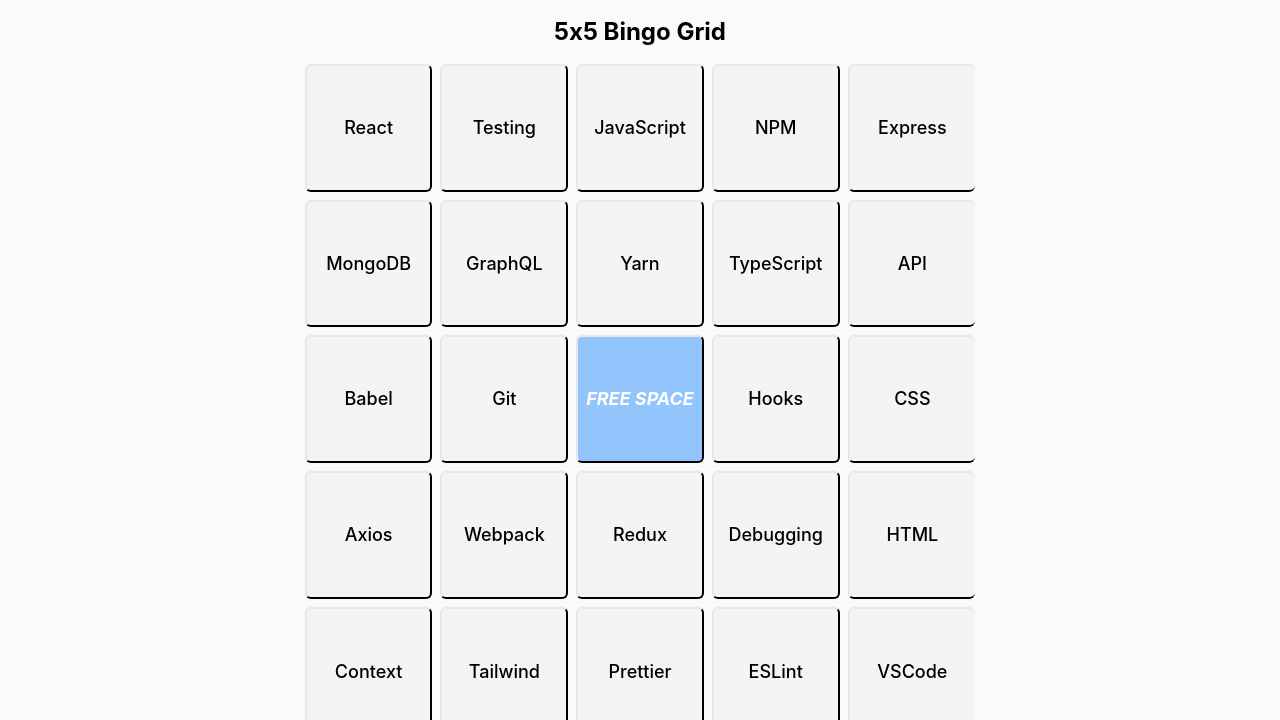
Repository: yassirbn/football-bingo
Page: /
These files come from the project's save history. The page is drawn as it stood at one moment and after the next save; the edit follows.
The browser window is 1280 px wide. The pictures show the whole page.
The project was rebuilt for these pictures with package versions that can differ from the ones it lists, and the page was loaded fresh each time.

Above is the page before, as saved 2024-11-26 17:58:31.

### src/index.css

@import url('https://fonts.googleapis.com/css2?family=Caveat:wght@400;700&display=swap');

@tailwind base;
@tailwind components;
@tailwind utilities;


body {
  margin: 0;
  font-family: -apple-system, BlinkMacSystemFont, 'Segoe UI', 'Roboto', 'Oxygen',
    'Ubuntu', 'Cantarell', 'Fira Sans', 'Droid Sans', 'Helvetica Neue',
    sans-serif;
  -webkit-font-smoothing: antialiased;
  -moz-osx-font-smoothing: grayscale;
}

code {
  font-family: source-code-pro, Menlo, Monaco, Consolas, 'Courier New',
    monospace;
}

### src/App.js
import React from "react";
import BingoGrid from "./component/BingoGrid/BingoGrid";


const App = () => {
  const words = [
    "React", "JavaScript", "CSS", "HTML", "Tailwind",
    "Redux", "API", "NodeJS", "Express", "MongoDB",
    "GraphQL", "TypeScript", "Hooks", "Context", "Webpack",
    "Babel", "Git", "NPM", "Yarn", "ESLint",
    "Prettier", "Testing", "Axios", "VSCode", "Debugging"
  ];

  return (
    <div className="min-h-screen bg-gray-50 flex items-center justify-center">
      <BingoGrid words={words} />
    </div>
  );
};

export default App;

### src/component/BingoGrid/BingoGrid.js
import React, { useState } from "react";

const BingoGrid = ({ words }) => {
  const gridSize = 5; // 5x5 grid
  const totalCells = gridSize * gridSize;

  // Shuffle words only once and store in state
  const initializeGrid = () => {
    const shuffledWords = [...words].sort(() => 0.5 - Math.random()).slice(0, totalCells);

    // Fill with placeholders if not enough words
    while (shuffledWords.length < totalCells) {
      shuffledWords.push("PLACEHOLDER");
    }

    // Replace the center cell with "FREE SPACE"
    const centerIndex = Math.floor(totalCells / 2);
    shuffledWords[centerIndex] = "FREE SPACE";

    return shuffledWords;
  };

  const [gridWords] = useState(initializeGrid);
  const [selectedCells, setSelectedCells] = useState(
    Array(totalCells).fill(false).map((_, i) => i === Math.floor(totalCells / 2)) // Center (FREE SPACE) is pre-selected
  );
  const [bingo, setBingo] = useState(false);

  // Handle cell click
  const handleCellClick = (index) => {
    if (gridWords[index] === "FREE SPACE" || selectedCells[index]) return; // Ignore clicks on FREE SPACE or already selected cells

    const updatedSelection = [...selectedCells];
    updatedSelection[index] = true;
    setSelectedCells(updatedSelection);

    // Check for Bingo
    checkForBingo(updatedSelection);
  };

  // Check for Bingo
  const checkForBingo = (selected) => {
    const checkLine = (line) => line.every((index) => selected[index]);

    // Generate all rows, columns, and diagonals
    const rows = Array.from({ length: gridSize }, (_, i) =>
      Array.from({ length: gridSize }, (_, j) => i * gridSize + j)
    );
    const cols = Array.from({ length: gridSize }, (_, i) =>
      Array.from({ length: gridSize }, (_, j) => j * gridSize + i)
    );
    const diagonal1 = Array.from({ length: gridSize }, (_, i) => i * gridSize + i);
    const diagonal2 = Array.from({ length: gridSize }, (_, i) => (i + 1) * gridSize - (i + 1));

    const lines = [...rows, ...cols, diagonal1, diagonal2];

    if (lines.some(checkLine)) {
      setBingo(true); // Set Bingo to true to trigger animations
    }
  };

  return (
    <div className="p-4 relative h-screen overflow-hidden">
      {/* Fireworks Animation */}
      {bingo && (
        <div className="absolute inset-0 z-20 flex justify-center items-center pointer-events-none">
          {/* Firework Particles */}
          {Array.from({ length: 300 }).map((_, idx) => (
            <div
              key={idx}
              className="fireworks-particle w-4 h-4 rounded-full absolute animate-fireworks"
              style={{
                "--x": `${Math.random() * 120 - 60}vw`, // Expanded X direction
                "--y": `${Math.random() * 120 - 60}vh`, // Expanded Y direction
                "--size": `${Math.random() * 10 + 5}px`, // Random size (larger particles)
                "--duration": `${Math.random() * 2 + 1.5}s`, // Increased duration for longer explosion
                "--delay": `${Math.random() * 0.5}s`, // Random delay
                backgroundColor: `hsl(${Math.random() * 360}, 100%, 50%)`, // Random color (HSL)
                transform: `rotate(${Math.random() * 360}deg)` // Random rotation for more chaos
              }}
            ></div>
          ))}
        </div>
      )}

      {/* Bingo Text Animation */}
      {bingo && (
        <div className="absolute inset-0 flex items-center justify-center z-10 animate-bingo-fade">
          <h2 className="text-7xl sm:text-8xl md:text-9xl lg:text-10xl font-extrabold text-red-600 animate-bingo-shake">
            BINGO!
          </h2>
        </div>
      )}

      {/* Bingo Grid */}
      <h1 className="text-center text-2xl font-bold mb-4">5x5 Bingo Grid</h1>
      <div
        className="grid gap-2"
        style={{
          gridTemplateColumns: `repeat(${gridSize}, minmax(50px, 1fr))`,
        }}
      >
        {gridWords.map((word, index) => (
          <div
            key={index}
            className={`flex items-center justify-center border-2 rounded-md text-center font-medium aspect-square p-2
              ${
                selectedCells[index]
                  ? "bg-blue-300 text-white"
                  : "bg-gray-100 hover:bg-blue-200 cursor-pointer"
              } ${word === "FREE SPACE" ? "cursor-default" : ""}`}
            onClick={() => handleCellClick(index)}
            style={{
              borderRight:
                index % gridSize === gridSize - 1 ? "none" : "2px solid black",
              borderBottom:
                Math.floor(index / gridSize) === gridSize - 1
                  ? "none"
                  : "2px solid black",
            }}
          >
            <span
              className={`break-words text-xs sm:text-sm md:text-base lg:text-lg ${
                word === "FREE SPACE" ? "font-bold italic" : ""
              }`}
            >
              {word}
            </span>
          </div>
        ))}
      </div>
    </div>
  );
};

export default BingoGrid;

### tailwind.config.js
/** @type {import('tailwindcss').Config} */
module.exports = {
  content: ['./src/**/*.{js,jsx,ts,tsx}'],
  theme: {
    extend: {
      fontFamily: {
        hand: ["'Caveat'", "cursive"],
      },
      animation: {
        fireworks: "fireworks 1.5s ease-out forwards",
        "bingo-fade": "bingo-fade 2s ease-out forwards",
        "bingo-shake": "bingo-shake 0.5s ease-in-out infinite",
      },
      keyframes: {
        fireworks: {
          "0%": {
            transform: "scale(0) translate(0, 0)",
            opacity: 1,
          },
          "50%": {
            transform: "scale(1) translate(var(--x), var(--y))",
            opacity: 1,
          },
          "100%": {
            transform: "scale(2) translate(var(--x), var(--y))",
            opacity: 0,
          },
        },
        "bingo-fade": {
          "0%": { opacity: 0 },
          "100%": { opacity: 1 },
        },
        "bingo-shake": {
          "0%": { transform: "rotate(0)" },
          "25%": { transform: "rotate(5deg)" },
          "50%": { transform: "rotate(0)" },
          "75%": { transform: "rotate(-5deg)" },
          "100%": { transform: "rotate(0)" },
        },
      },
    },
  },
  plugins: [],
}

Loaded but not shown: public/index.html (common file); src/index.js (common file); src/reportWebVitals.js (common file)

After the next save:
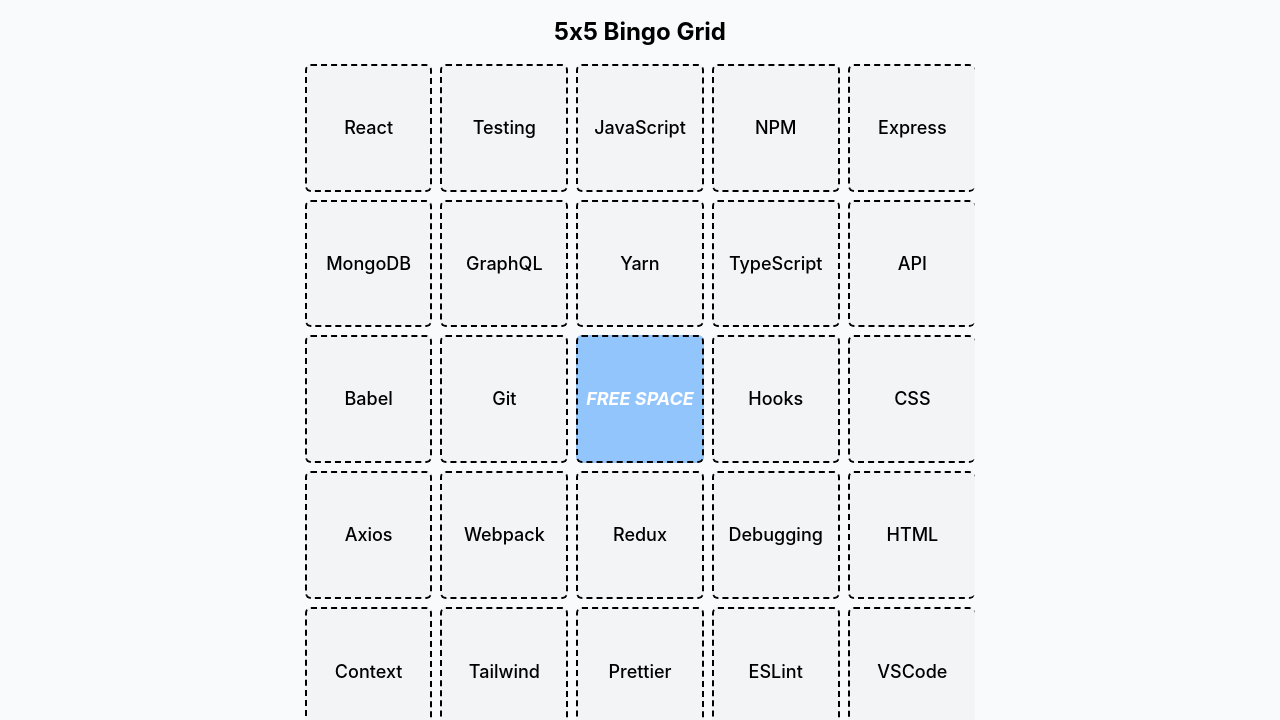
Saved 3 min 46 s later.
--- a/src/component/BingoGrid/BingoGrid.js
+++ b/src/component/BingoGrid/BingoGrid.js
@@ -103,7 +103,7 @@ const BingoGrid = ({ words }) => {
         {gridWords.map((word, index) => (
           <div
             key={index}
-            className={`flex items-center justify-center border-2 rounded-md text-center font-medium aspect-square p-2
+            className={`flex items-center justify-center border-dashed border-2 rounded-md text-center font-medium aspect-square p-2
               ${
                 selectedCells[index]
                   ? "bg-blue-300 text-white"
@@ -112,11 +112,13 @@ const BingoGrid = ({ words }) => {
             onClick={() => handleCellClick(index)}
             style={{
               borderRight:
-                index % gridSize === gridSize - 1 ? "none" : "2px solid black",
+                index % gridSize === gridSize - 1 ? "none" : "2px dashed black",
               borderBottom:
                 Math.floor(index / gridSize) === gridSize - 1
                   ? "none"
-                  : "2px solid black",
+                  : "2px dashed black",
+              borderTop: "2px dashed black", // Adding top border for the first row
+              borderLeft: "2px dashed black", // Adding left border for the first column
             }}
           >
             <span
